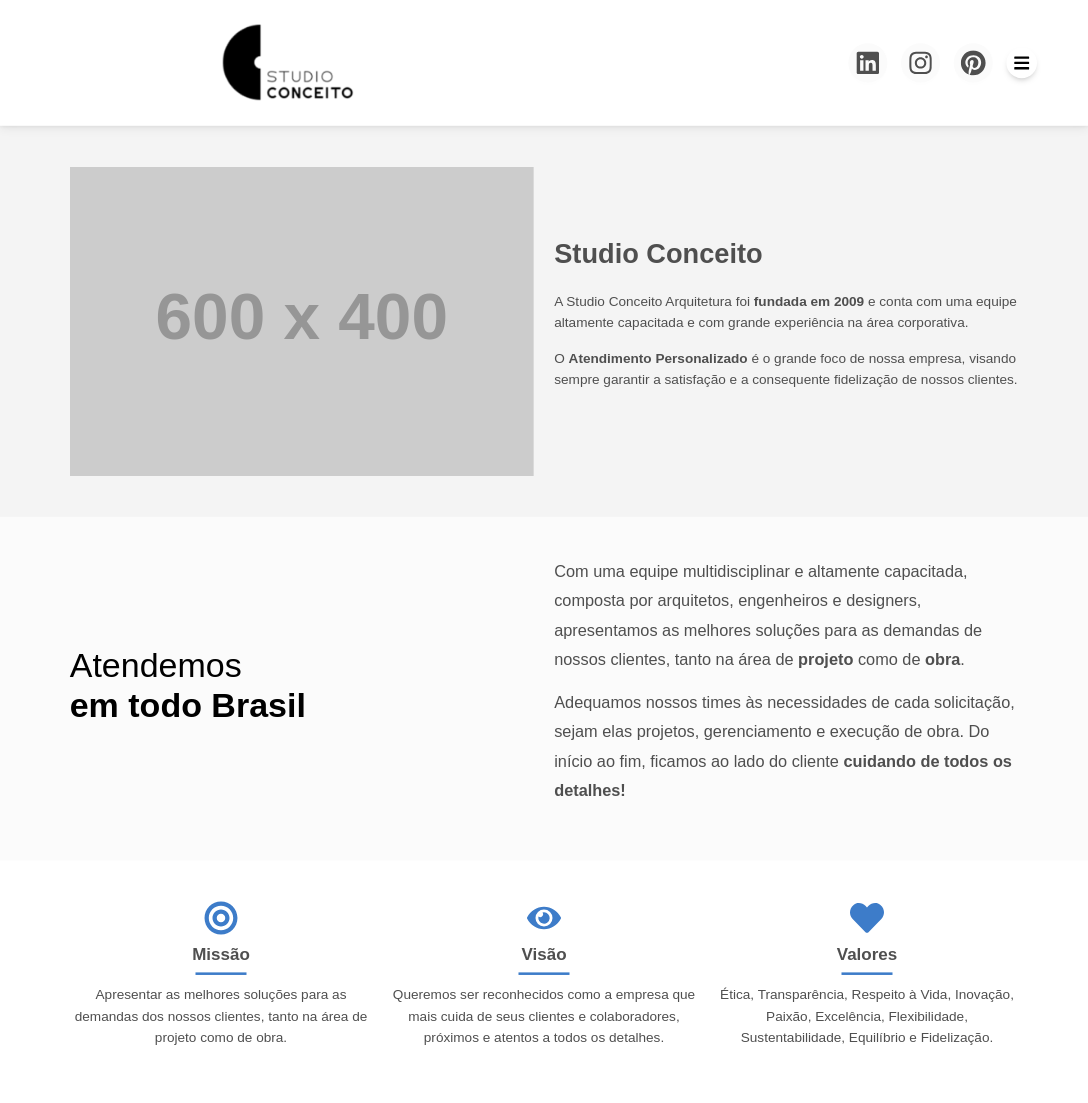
Repository: Upstairs-Agencia/studio-conceito-react
Page: /quem-somos
An editor plug-in stored every save of this project. The page is shown before and after the next save, followed by the edit.
The browser window is 1280 px wide. The pictures show the whole page, at 85% of full size.
The project was rebuilt for these pictures with package versions that can differ from the ones it lists, and the page was loaded fresh each time. Also part of the build but not shown: src/pages/Home.js, src/styles/footer.css, src/components/footer.js, src/pages/Servicos.js, src/styles/cases.css, src/pages/Cases.js, src/pages/Blog.js, src/pages/Clientes.js and 1 more.

Above is the page before, as saved 2024-12-29 11:54:49.

### public/index.html
<!DOCTYPE html>
<html lang="en">
  <head>
    <meta charset="utf-8" />
    <link rel="icon" href="%PUBLIC_URL%/favicon.ico" />
    <meta name="viewport" content="width=device-width, initial-scale=1" />
    <meta name="theme-color" content="#000000" />
    <meta
      name="description"
      content="Web site created using create-react-app"
    />
    <link rel="apple-touch-icon" href="%PUBLIC_URL%/logo192.png" />
    <!--
      manifest.json provides metadata used when your web app is installed on a
      user's mobile device or desktop. See https://developers.google.com/web/fundamentals/web-app-manifest/
    -->
    <link rel="manifest" href="%PUBLIC_URL%/manifest.json" />
    <!--
      Notice the use of %PUBLIC_URL% in the tags above.
      It will be replaced with the URL of the `public` folder during the build.
      Only files inside the `public` folder can be referenced from the HTML.

      Unlike "/favicon.ico" or "favicon.ico", "%PUBLIC_URL%/favicon.ico" will
      work correctly both with client-side routing and a non-root public URL.
      Learn how to configure a non-root public URL by running `npm run build`.
    -->
    <title>Studio Conceito</title>
  </head>
  <body>
    <noscript>You need to enable JavaScript to run this app.</noscript>
    <div id="root"></div>
    <!--
      This HTML file is a template.
      If you open it directly in the browser, you will see an empty page.

      You can add webfonts, meta tags, or analytics to this file.
      The build step will place the bundled scripts into the <body> tag.

      To begin the development, run `npm start` or `yarn start`.
      To create a production bundle, use `npm run build` or `yarn build`.
    -->
  </body>
</html>

### src/index.js

import React from 'react';
import ReactDOM from 'react-dom';
import App from './App';
import 'mdb-react-ui-kit/dist/css/mdb.min.css'; // MDB styles
import './index.css'; // Global styles

ReactDOM.render(
  <React.StrictMode>
    <App />
  </React.StrictMode>,
  document.getElementById('root')
);

### src/App.js

import React from 'react';
import { BrowserRouter as Router, Routes, Route } from 'react-router-dom';
import Home from './pages/Home';
import QuemSomos from './pages/QuemSomos';
import Servicos from './pages/Servicos';
import Cases from './pages/Cases';
import Blog from './pages/Blog';
import Clientes from './pages/Clientes';
import Contato from './pages/Contato';

function App() {
  return (
    <Router>
      <Routes>
        <Route path="/" element={<Home />} />
        <Route path="/quem-somos" element={<QuemSomos />} />
        <Route path="/servicos" element={<Servicos />} />
        <Route path="/cases" element={<Cases />} />
        <Route path="/blog" element={<Blog />} />
        <Route path="/clientes" element={<Clientes />} />
        <Route path="/contato" element={<Contato />} />
      </Routes>
    </Router>
  );
}

export default App;

### src/index.css

body {
  margin: 0;
  font-family: Arial, sans-serif;
  background-color: #f4f4f4;
}

### src/pages/QuemSomos.js
import React from "react";
import Navbar from "../components/navbar";
import { MDBContainer, MDBRow, MDBCol } from "mdb-react-ui-kit";
import { FaBullseye, FaEye, FaHeart } from "react-icons/fa";
import "../styles/quemsomos.css";

export default function QuemSomos() {
  return (
    <>
      {/* Navbar */}
      <Navbar />

      {/* Quem Somos Section */}
      <section className="py-5">
        <MDBContainer>
          <MDBRow className="align-items-center">
            <MDBCol md="6">
              <img
                src="https://via.placeholder.com/600x400"
                alt="Studio Conceito"
                className="img-fluid"
              />
            </MDBCol>
            <MDBCol md="6">
              <h2 className="fw-bold mb-4">Studio Conceito</h2>
              <p>
                A Studio Conceito Arquitetura foi{" "}
                <strong>fundada em 2009</strong> e conta com uma equipe altamente capacitada e com grande experiência na área corporativa.
              </p>
              <p>
                O <strong>Atendimento Personalizado</strong> é o grande foco de nossa empresa, visando sempre garantir a satisfação e a consequente fidelização de nossos clientes.
              </p>
            </MDBCol>
          </MDBRow>
        </MDBContainer>
      </section>

      {/* Atendemos em todo Brasil Section */}
      <section className="py-5 bg-light">
        <MDBContainer>
          <MDBRow className="align-items-center">
            <MDBCol md="6" className="title-container">
              <h1 className="atendemos-title">Atendemos</h1>
              <h1 className="brasil-title">em todo Brasil</h1>
            </MDBCol>
            <MDBCol md="6">
              <p className="text-large">
                Com uma equipe multidisciplinar e altamente capacitada, composta por arquitetos, engenheiros e designers, apresentamos as melhores soluções para as demandas de nossos clientes, tanto na área de <span className="fw-bold">projeto</span> como de <span className="fw-bold">obra</span>.
              </p>
              <p className="text-large">
                Adequamos nossos times às necessidades de cada solicitação, sejam elas projetos, gerenciamento e execução de obra. Do início ao fim, ficamos ao lado do cliente <span className="fw-bold">cuidando de todos os detalhes!</span>
              </p>
            </MDBCol>
          </MDBRow>
        </MDBContainer>
      </section>

      {/* Missão, Visão e Valores Section */}
      <section className="py-5 bg-white">
        <MDBContainer>
          <MDBRow className="text-center mission-row">
            <MDBCol md="4" className="mission-col">
              <div className="icon-container">
                <FaBullseye size={40} color="#3d7cc9" />
              </div>
              <h5 className="fw-bold">Missão</h5>
              <div className="divider"></div>
              <p>
                Apresentar as melhores soluções para as demandas dos nossos clientes, tanto na área de projeto como de obra.
              </p>
            </MDBCol>
            <MDBCol md="4" className="mission-col">
              <div className="icon-container">
                <FaEye size={40} color="#3d7cc9" />
              </div>
              <h5 className="fw-bold">Visão</h5>
              <div className="divider"></div>
              <p>
                Queremos ser reconhecidos como a empresa que mais cuida de seus clientes e colaboradores, próximos e atentos a todos os detalhes.
              </p>
            </MDBCol>
            <MDBCol md="4" className="mission-col">
              <div className="icon-container">
                <FaHeart size={40} color="#3d7cc9" />
              </div>
              <h5 className="fw-bold">Valores</h5>
              <div className="divider"></div>
              <p>
                Ética, Transparência, Respeito à Vida, Inovação, Paixão, Excelência, Flexibilidade, Sustentabilidade, Equilíbrio e Fidelização.
              </p>
            </MDBCol>
          </MDBRow>
        </MDBContainer>
      </section>
    </>
  );
}

### src/components/navbar.js
import React, { useState } from "react";

import Logo from "../images/logoBlack.png";

import {
  MDBNavbar,
  MDBNavbarBrand,
  MDBContainer,
} from "mdb-react-ui-kit";
import { FaLinkedin, FaInstagram, FaPinterest, FaBars } from "react-icons/fa";
import { IoIosClose } from "react-icons/io";
import { Link } from "react-router-dom";

import SeloGptw from "../images/selo-gptw.png";

const Navbar = () => {
  const [showMenu, setShowMenu] = useState(false);

  return (
    <>
      {/* Navbar */}
      <MDBNavbar dark bgColor="white" className="py-4 px-5">
        <MDBContainer fluid className="d-flex justify-content-between align-items-center">
          {/* Logo */}
          <MDBNavbarBrand href="#" className="ms-5">
            <img
              src={Logo}
              alt="Logo"
              style={{ maxHeight: "90px", marginLeft: "12vw"}}
            />
          </MDBNavbarBrand>

          {/* Social Icons and Menu Toggle */}
          <div className="d-flex align-items-center">
            {/* Social Icons */}
            <div className="d-flex gap-3 me-3">
              <button className="btn btn-light rounded-circle p-2">
                <FaLinkedin size={30} />
              </button>
              <button className="btn btn-light rounded-circle p-2">
                <FaInstagram size={30} />
              </button>
              <button className="btn btn-light rounded-circle p-2">
                <FaPinterest size={30} />
              </button>
            </div>

            {/* FaBars Icon for Sidebar */}
            <button
              className="btn rounded-circle p-2"
              style={{
                background: "none",
                border: "none",
                cursor: "pointer",
              }}
              onClick={() => setShowMenu(!showMenu)}
            >
              <FaBars size={20} color="black" />
            </button>
          </div>
        </MDBContainer>
      </MDBNavbar>

      {/* Sidebar Menu */}
      {showMenu && (
        <div
          className="position-fixed top-0 end-0 bg-white vh-100 vw-350 shadow-lg d-flex flex-column"
          style={{ zIndex: 1050, width: "500px" }}
        >
          <div className="d-flex justify-content-end p-3">
            {/* Close Button */}
            <button
              className="p-0"
              style={{
                background: "none",
                border: "none",
                cursor: "pointer",
              }}
              onClick={() => setShowMenu(false)}
            >
              <IoIosClose size={40} />
            </button>
          </div>





          <div className="p-4 flex-grow-1">
            {/* Menu Items */}
            <ul className="list-unstyled">
              {[
                { label: "Home", link: "/" },
                { label: "Quem somos", link: "/quem-somos" },
                { label: "Serviços", link: "/servicos" },
                { label: "Cases", link: "/cases" },
                { label: "Blog", link: "/blog" },
                { label: "Clientes", link: "/clientes" },
                { label: "Contato", link: "/contato" },
              ].map((item, index) => (
                <li key={index} className="py-2">
                  <Link
                    to={item.link}
                    className="text-decoration-none fs-6"
                    style={{
                      transition: "all 0.3s ease-in-out", // Transição suave
                      color:"black"
                    }}
                    onMouseOver={(e) => {
                      e.currentTarget.style.color = "#FF7F30"; // Altera a cor
                      e.currentTarget.style.fontWeight = "bold"; // Negrito
                    }}
                    onMouseOut={(e) => {
                      e.currentTarget.style.color = "black"; // Retorna à cor original
                      e.currentTarget.style.fontWeight = "normal"; // Retira o negrito
                    }}
                  >
                    {item.label}
                  </Link>
                </li>
              ))}
            </ul>
          </div>



          {/* Footer Section */}
          <div className="d-flex justify-content-between align-items-center px-4 pb-4">
            {/* Social Icons */}
            <div className="d-flex gap-3">
              <button className="btn btn-dark rounded-circle p-2">
                <FaLinkedin size={20} color="white" />
              </button>
              <button className="btn btn-dark rounded-circle p-2">
                <FaInstagram size={20} color="white" />
              </button>
              <button className="btn btn-dark rounded-circle p-2">
                <FaPinterest size={20} color="white" />
              </button>
            </div>

            {/* Placeholder Image */}
            <img
              src={SeloGptw}
              alt="Great Place to Work"
              style={{ maxHeight: "200px", marginBottom: "4rem" }}
            />
          </div>
        </div>
      )}
    </>
  );
};

export default Navbar;

### src/styles/quemsomos.css
/* Título: Atendemos em todo Brasil */
.title-container {
    text-align: left;
  }

  .atendemos-title {
    font-size: 2.5rem;
    font-weight: normal;
    color: #000;
  }

  .brasil-title {
    font-size: 2.5rem;
    font-weight: bold;
    color: #000;
    margin-top: -10px; /* Para aproximar os textos */
  }

  /* Texto em letras maiores */
  .text-large {
    font-size: 1.2rem;
    line-height: 1.8;
    text-align: left;
  }

  /* Missão, Visão e Valores */
  .mission-row {
    justify-content: space-between;
  }

  .mission-col {
    text-align: center;
    max-width: 400px;
  }

  .icon-container {
    margin-bottom: 10px;
  }

  .divider {
    width: 60px;
    height: 3px;
    background-color: #3d7cc9;
    margin: 10px auto;
  }

  /* Responsividade */
  @media (max-width: 768px) {
    .atendemos-title,
    .brasil-title {
      font-size: 2rem;
    }

    .text-large {
      font-size: 1rem;
    }

    .mission-col {
      max-width: 100%;
    }
  }

After the next save:
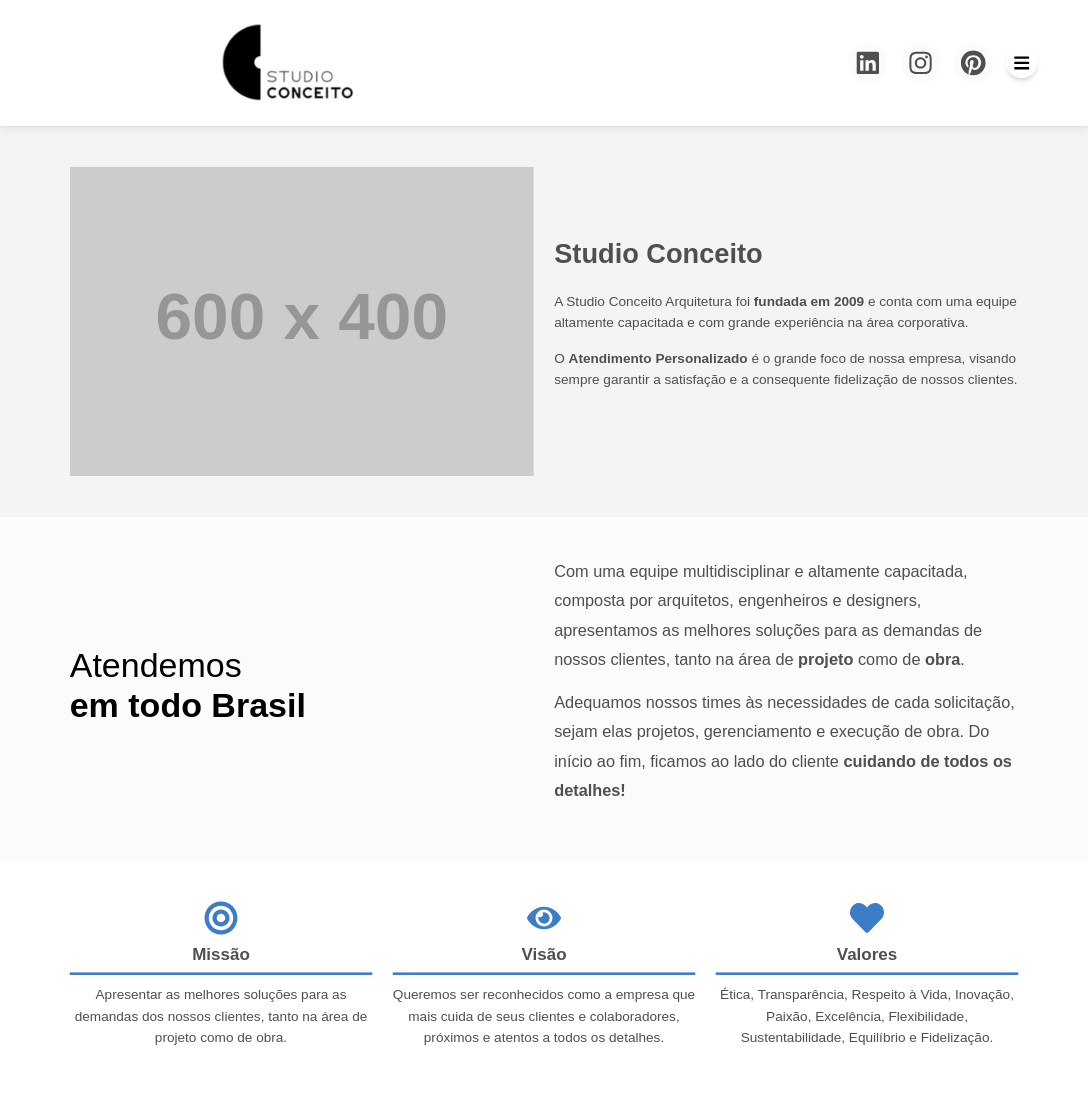
Saved 32 s later.
--- a/src/styles/quemsomos.css
+++ b/src/styles/quemsomos.css
@@ -38,7 +38,7 @@
   }
 
   .divider {
-    width: 60px;
+    width: 100%;
     height: 3px;
     background-color: #3d7cc9;
     margin: 10px auto;
